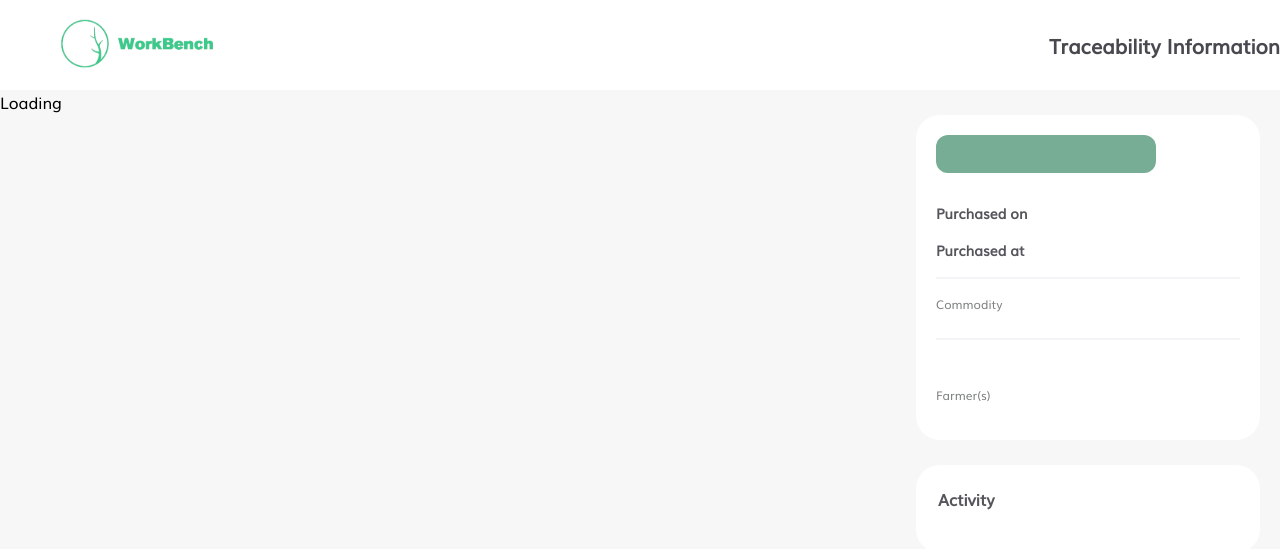
Repository: Hamezry/Traceability-Page
Page: /
The author's editor kept a copy of each file at every save. The page is drawn from the files as they stood at one save, then again after the next save.
The browser window is 1280 px wide. The pictures show the whole page.
The page's requests for data from a server got no answer. The project was rebuilt for these pictures with package versions that can differ from the ones it lists, and the page was loaded fresh each time. No one was signed in, and anything a server would have sent is missing.

Above is the page before, as saved 2022-09-18 09:31:52.

### public/index.html
<!DOCTYPE html>
<html lang="en">
  <head>
    <meta charset="utf-8" />
    <meta name="viewport" content="width=device-width, initial-scale=1" />
    <meta name="theme-color" content="#000000" />
    <meta
      name="description"
      content="Web site created using create-react-app"
    />
    <link rel="preconnect" href="https://fonts.googleapis.com">
    <link rel="preconnect" href="https://fonts.gstatic.com" crossorigin>
    <!-- <link href="https://fonts.googleapis.com/css2?family=Mulish:wght@300;400;600&display=swap" rel="stylesheet"> -->
    <title>Traceability page</title>
  </head>
  <body>
    <noscript>You need to enable JavaScript to run this app.</noscript>
    <div id="root"></div>

  </body>
</html>

### src/index.css
@tailwind base;
@tailwind components;
@tailwind utilities;

@font-face {
    font-family: 'Muli';
    src: local('Muli'), url("./fonts/Muli-Regular.ttf") format("truetype");
}


@font-face {
    font-family: 'Muli';
    src: url('./fonts/Muli-Regular.ttf') format("truetype");
}

body {
    font-family: 'Muli' !important;
}

### src/App.js
import './index.css';
import Navbar from './components/Navbar';
import Information from './components/Information';
import Sidemap from './components/Sidemap';
import { BrowserRouter, Route, Routes } from 'react-router-dom';

function App() {
  return (
    <BrowserRouter>

      <Routes>

          <Route path='/' element={
            <div>
              <Navbar />
              <div className="lg:flex lg:justify-between w-full  lg:h-[calc(100vh-90px)] lg:overflow-y-hidden bg-[#f8f7f7]">
                <Sidemap />
                <Information />
              </div>

            </div>

          } />

      </Routes>
    </BrowserRouter>
  );
}

export default App;

### src/components/Navbar.js
import React from 'react'
import logo from '../Assets/logo.svg'

const Navbar = () => {
  return (
    <div className='w-full flex justify-center h-[90px] bg-white sticky font-muli  z-30  top-0 lg:items-center lg:justify-between '>
      <div className='w-[70%]'>
        <img src={logo} alt='nav-icon' className='h-[80px] w-[188px] lg:ml-[50px]' />
      </div>

      <div>
        <p className='hidden lg:block  text-[#47494E] font-semibold  text-[20px]'>Traceability Information</p>

      </div>



    </div>
  )
}

export default Navbar

### src/components/Information.js
import React, { useEffect, useState } from 'react'
import image1 from '../Assets/image-2.png'
import purchased from '../Assets/purchase.svg'
import axios from 'axios'
import { useLocation } from 'react-router-dom'



function Information() {

    const [list, setList] = useState([])
    const search = useLocation().search;
    const qr_code = new URLSearchParams(search).get('qr_code')

    useEffect(() => {
        axios.get(`https://wb3test.afexnigeria.com/WB3/api/v1/traceability/info/${qr_code}`)
            .then(res => {
                setList(res.data.data)
                console.log(res.data)
            }).catch(err => {
                console.log(err)
            })
    }, [qr_code])


    return (
        <div className='lg:h-full  lg:w-[30%] font-muli lg:overflow-y-auto'>

            <div id="TQC" className=" z-10  top-0 flex lg:flex  flex-col px-[20px]">

                <div className="flex-1 flex bg-white lg:w-[100%] lg:mx-auto lg:mt-[25px] flex-col h-[556px] p-[20px] rounded-3xl">

                    {/*TQC */}
                    <div className='mb-4 border-b-2 border-b-gray-100 '>
                        <div className='bg-[#76AD94] text-white text-center py-2 font-semibold text-[16px] max-w-[220px] h-[38px] mb-[30px] rounded-xl'> <p>{list.qr_code}</p></div>
                        <p className='text-[#54565B] text-[14px] mb-4 font-semibold'>Purchased on <span className='font-normal'>{list.purchased_on}</span></p>
                        <p className=' text-[#54565B] text-[14px] mb-4 font-semibold'>Purchased at <span className='font-normal'>{list.purchased_at}</span></p>

                    </div>

                    <div className='mb-4 border-b-2  border-b-gray-100 '>
                        <p className='text-[#7C827D] text-[12px] mb-[25px] '>Commodity</p>
                        <p className='text-[#47494E] text-[14px] mb-4 font-medium '>{list.commodity}</p>

                    </div>

                    <div className='mt-[30px] mb-4'>

                        <p className='text-[#7C827D] text-[12px]'>Farmer(s)</p>

                        {
                            list?.farmers?.map((item, index) => {
                                return (
                                    <div key={index} className='w-[232px] h-[71px] shadow p-3 flex items-center mt-[20px] rounded-xl'>
                                        <img src={image1} alt='profilepic' />
                                        <p className='text-[#47494E] text-[16px] ml-5  font-medium '>{item.first_name} {item.last_name}<br /> <span className='text-[#707673] text-[12px]'>{item.age} years &nbsp; | &nbsp;  {item.gender}</span></p>
                                    </div>
                                )
                            })
                        }



                    </div>


                </div>



            </div>




            <div id="Activity" className=" top-0 flex lg:flex flex-shrink-0 flex-col px-[20px]">

                <div className="flex-1 flex bg-white lg:w-[100%] lg:mx-auto mt-[25px] mb-5 flex-col  h-[900px] p-[22px] rounded-3xl ">

                    <p className='text-[#54565B] mb-5 font-semibold text-[16px]'>Activity</p>

                    {list?.activities?.map((item, index) =>

                        <div key={index} className='flex justify-between stroke-amber-50 text-[#7C827D] 2xl:px-5 lg:px-0 text-[11px]'>

                            <div className='flex gap-2 xl:gap-2 md:gap-8'>

                                <div className='flex flex-col items-center'>
                                    <img src={purchased} alt='recp' />
                                    <div className='border border-dotted border-[#7C827D] min-h-[100px] max-h-[120px] w-[1px]'></div>

                                </div>
                                <div className='flex flex-col lg:w-[160px] md:w-[270px] w-[130px]' >
                                    <p className='font-semibold mt-2 lg:text-[13px]'>{item.action} </p>
                                    <span className='text-[#7C827D] text-[9px] mt-2 lg:text-[11px]'>{item.description}</span>
                                </div>



                            </div>
                            <p className='text-[#76AD94] text-[9px] mt-2 xl:text-[10px]'> <span>{item.created}</span> </p>

                        </div>
                    )}






                </div>





            </div>


        </div>);
}

export default Information

### src/components/Sidemap.js
import React from 'react'
import {useJsApiLoader, GoogleMap, Marker} from '@react-google-maps/api';

const center = {lat:48.8584, lng:2.294}

function Sidemap() {

  const { isLoaded } = useJsApiLoader({
    googleMapsApiKey:process.env.REACT_APP_GOOGLE_MAPS_API_KEY,
  });

  if (!isLoaded){
    return <h1>Loading</h1>
  }
  return (

    <div class= "h-[600px] w-full lg:h-[calc(100vh-90px)] lg:w-[70%]">

      <div className='hidden lg:block p-4 lg:p-0 lg:w-full h-[100%]'>
          <GoogleMap
          mapContainerStyle={{width:'100%', height:'100%'}}
          center={center} zoom={15}
          options={{
            zoomControl:false,
            streetViewControl:false,
            mapTypeControl:false,
            fullscreenControl:false,
          }}
          >
            <Marker position={center}/>

          </GoogleMap>
      </div>

      <div className='lg:hidden p-4 lg:p-0 lg:w-full h-[100%]'>
          <GoogleMap
          mapContainerStyle={{width:'100%', height:'100%', borderRadius:'50px'}}
          center={center} zoom={15}
          options={{
            zoomControl:false,
            streetViewControl:false,
            mapTypeControl:false,
            fullscreenControl:false,
          }}
          >
            <Marker position={center}/>

          </GoogleMap>
      </div>


    </div>

  )
}

export default Sidemap

### tailwind.config.js

/** @type {import('tailwindcss').Config} */
module.exports = {
  content: [
    "./src/**/*.{js,jsx,ts,tsx}",
  ],
  theme: {
    extend: {
      fontFamily:{
        'Muli':['Muli', 'san-serif']
      }
    },
  },
  plugins: [],
}

Loaded but not shown: src/index.js (common file)

After the next save:
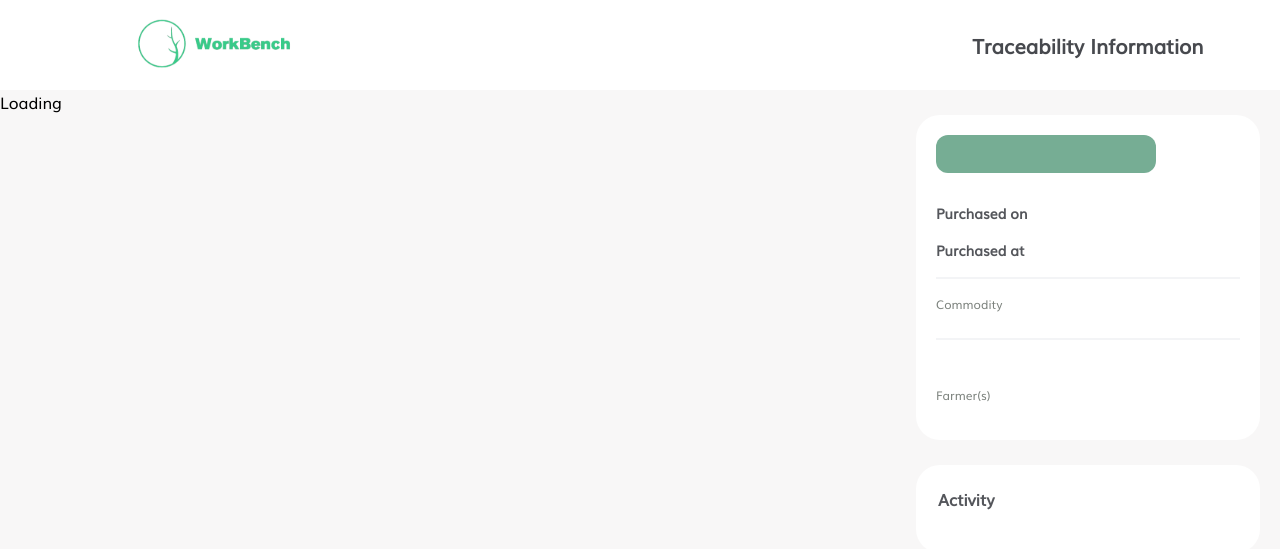
Saved 24 s later.
--- a/src/components/Navbar.js
+++ b/src/components/Navbar.js
@@ -3,7 +3,7 @@ import logo from '../Assets/logo.svg'
 
 const Navbar = () => {
   return (
-    <div className='w-full flex justify-center h-[90px] bg-white sticky font-muli  z-30  top-0 lg:items-center lg:justify-between '>
+    <div className='w-full flex justify-center h-[90px] bg-white sticky font-muli  z-30  top-0 lg:items-center'>
       <div className='w-[70%]'>
         <img src={logo} alt='nav-icon' className='h-[80px] w-[188px] lg:ml-[50px]' />
       </div>
